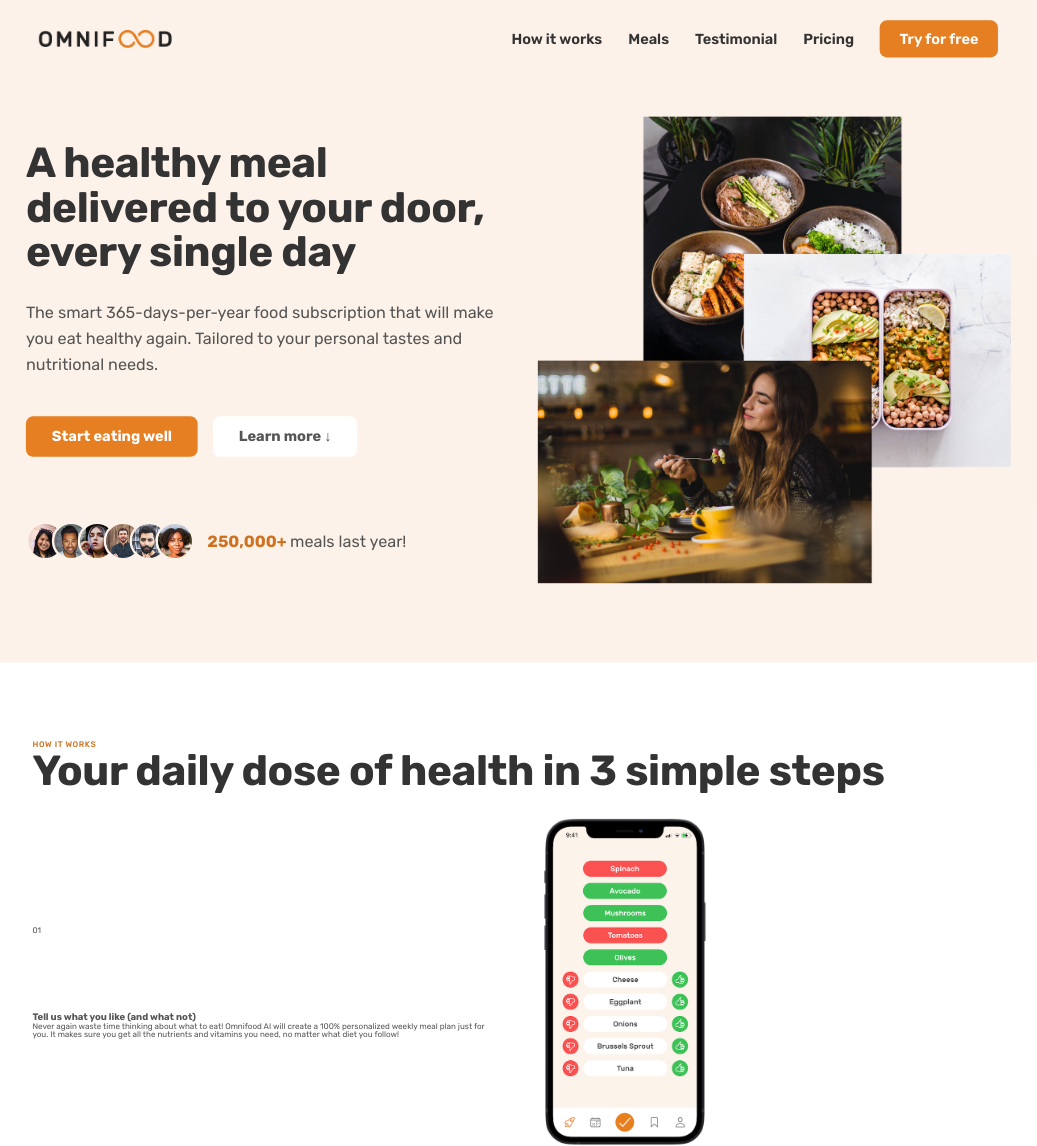
Repository: WefsCao/Omnifood
Page: index.html
An editor plug-in stored every save of this project. The page is shown before and after the next save, followed by the edit.
The browser window is 1280 px wide. The pictures show the whole page, at 81% of full size.

Above is the page before, as saved 2022-06-04 20:05:54.

After the next save:
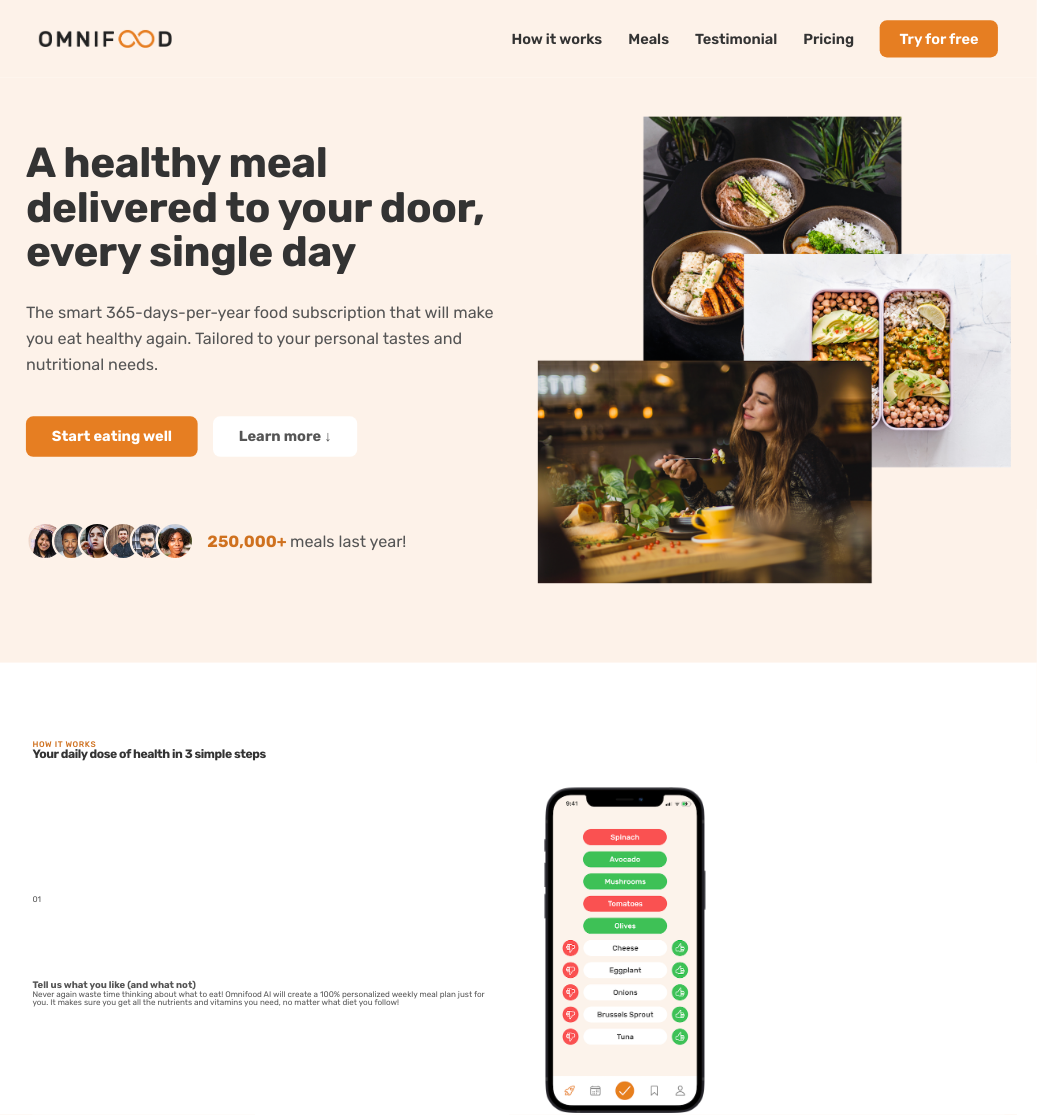
Saved 26 s later.
--- a/css/general.css
+++ b/css/general.css
@@ -50,12 +50,14 @@
 /****************************************/
 .heading-primary,
 .heading-secondary {
-  font-size: 5.2rem;
   line-height: 1.05;
   color: #333;
   font-weight: 700;
   letter-spacing: -0.5px;
   margin-bottom: 3.2rem;
+}
+.heading-primary {
+  font-size: 5.2rem;
 }
 
 .btn--full:link,
